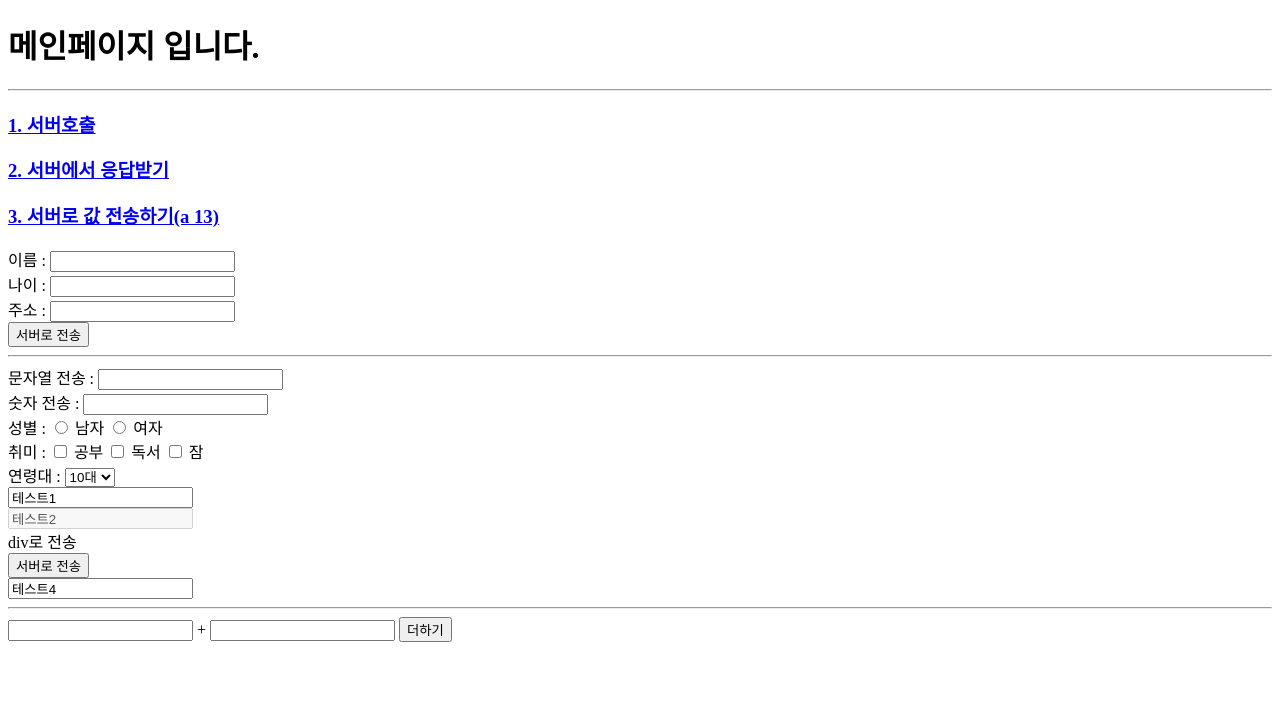
Repository: ParkHyeonju12/servlet
Page: web-workspace/02_noDbProject/src/main/webapp/index.html
An editor plug-in stored every save of this project. The page is shown before and after the next save, followed by the edit.
The browser window is 1280 px wide. The pictures show the whole page.

Above is the page before, as saved 2022-08-29 08:44:34.

### web-workspace/02_noDbProject/src/main/webapp/index.html
<!DOCTYPE html>
<html>
<head>
<meta charset="UTF-8">
<title>Insert title here</title>
</head>
<body>
	<h1>메인페이지 입니다.</h1>
	<hr>
	<h3><a href="/requestServer.do">1. 서버호출</a></h3>
	<h3><a href="/responseTest.do">2. 서버에서 응답받기</a></h3>
	<h3><a href="sendData1.do?name=현주&test=abc">3. 서버로 값 전송하기(a 13)</a></h3>
	<form action="/sendData2.do" method="post">
		이름 : <input type="text" name="name"><br>
		나이 : <input type="text" name="age"><br>
		주소 : <input type="text" name="addr"><br>
		<input type="submit" value = "서버로 전송">
	</form>
	<hr>
	<form action="/sendData3.do" method="post">
		문자열 전송 : <input type="text" name="str"><br>
		숫자 전송 : <input type="text" name="num"><br>
		성별 :
			<input type="radio" name="gender" value="남" id="m">
			<label for="m">남자</label>
			<input type="radio" name="gender" value="여" id="f">
			<label for="f">여자</label>
			<br>
			취미 :
			<input type="checkbox" name="hobby" value="공부" id="study">
			<label for="study">공부</label>
			<input type="checkbox" name="hobby" value="독서" id="book">
			<label for="book">독서</label>
			<input type="checkbox" name="hobby" value="잠" id="sleep">
			<label for="sleep">잠</label>
			<br>
			연령대 :
			<select name="age">
			<option value="10">10대</option>
			<option value="20">20대</option>
			<option value="30">30대</option>
			<option value="40">40대</option>
			</select>
			<br>
			<input type="hidden" name="hiddenData" value="히든데이터">
			<input type="text" name="input1" value="테스트1" readonly><br>
			<input type="text" name="input2" value="테스트2" disabled><br>
			<div name="test3" value="테스트3">div로 전송</div>
			<input type="submit" value="서버로 전송">
	</form>
	<input type="text" name="input3" value="테스트4">
	<hr>
	<form action="/plus.do" method="get">
		<input type = "text" name="num1">
		+
		<input type="text" name="num2">
		<input type="submit" value="더하기">
	</form>
</body>
</html>

After the next save:
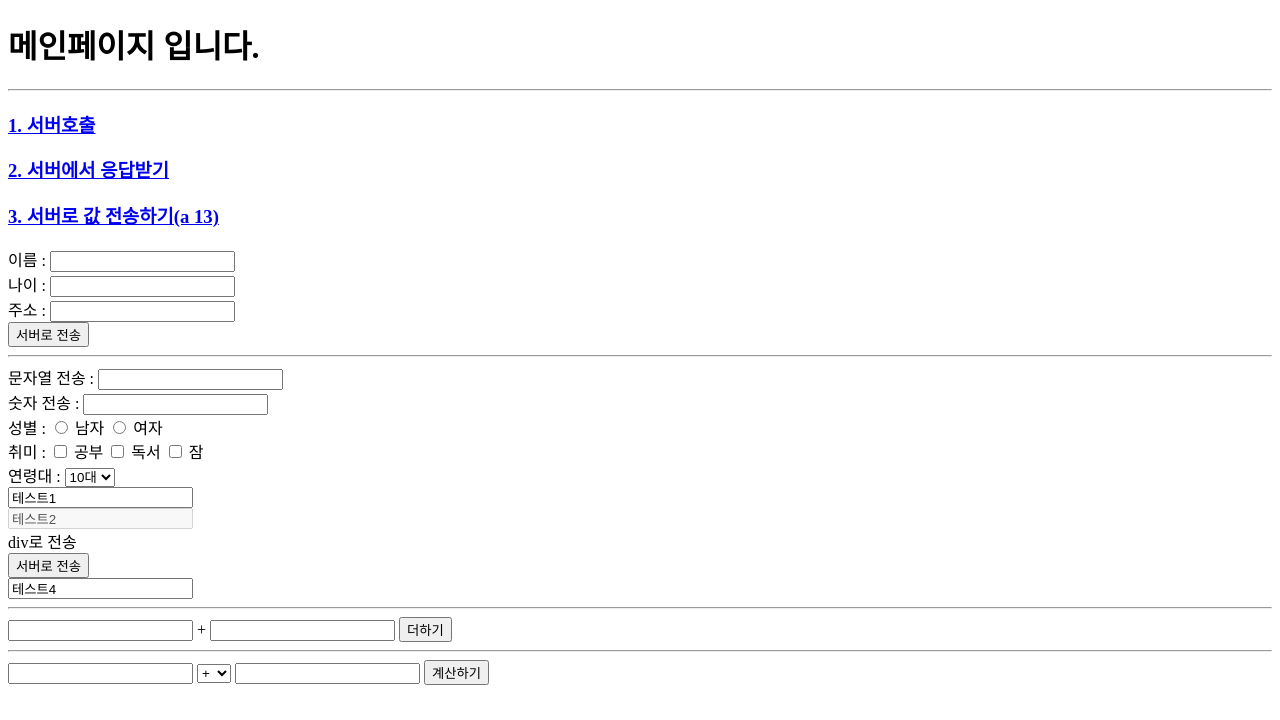
Saved 7 min 58 s later.
--- a/web-workspace/02_noDbProject/src/main/webapp/index.html
+++ b/web-workspace/02_noDbProject/src/main/webapp/index.html
@@ -56,5 +56,18 @@
 		<input type="text" name="num2">
 		<input type="submit" value="더하기">
 	</form>
+	<hr>
+	<form action="/calc.do" method="post">
+		<input type="text" name="su1">
+		<select name="oper">
+			<option value="+">+</option>
+			<option value="-">-</option>
+			<option value="*">*</option>
+			<option value="/">/</option>
+			<option value="%">%</option>
+		</select>
+		<input type="text" name="su2">
+		<input type="submit" value="계산하기">
+	</form>
 </body>
 </html>
